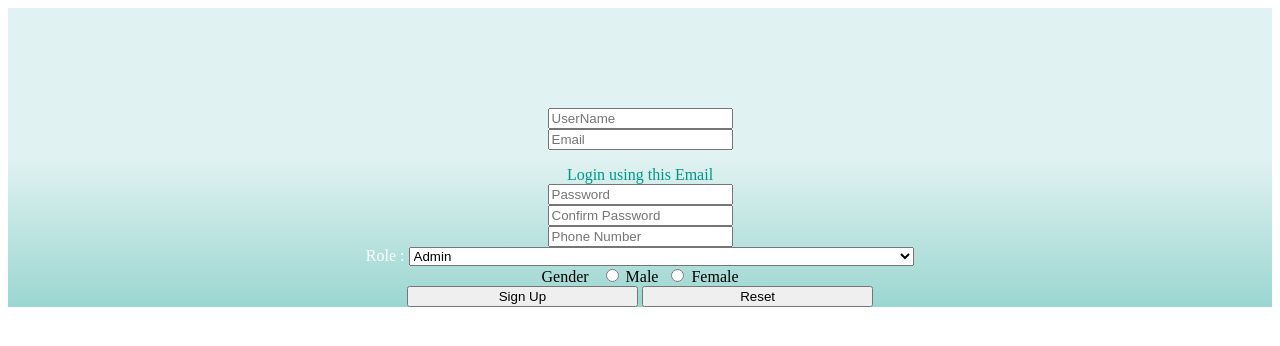
Repository: Indurupi/FriendZone
Page: FriendZoneFrontEnd/WebContent/signup.html
An editor plug-in stored every save of this project. The page is shown before and after the next save, followed by the edit.
The browser window is 1280 px wide. The pictures show the whole page.

Above is the page before, as saved 2017-03-21 17:31:06.

After the next save:
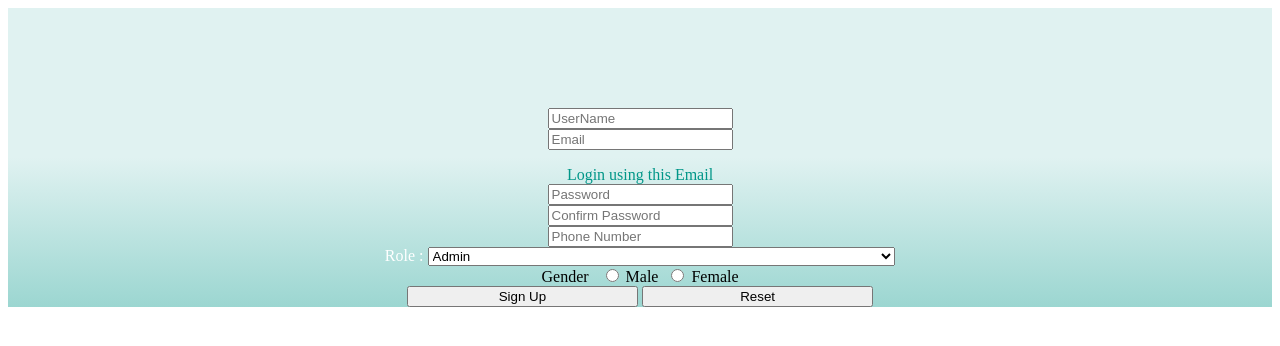
Saved 6 s later.
--- a/FriendZoneFrontEnd/WebContent/signup.html
+++ b/FriendZoneFrontEnd/WebContent/signup.html
@@ -67,7 +67,7 @@
 			</div>
 
 			<div class="form-group">Role :
-				<select class="form-control" style="width:40%">
+				<select class="form-control" style="width:37%">
 					<option ng-model="home.user1.role" value="admin">Admin</option>
 					<option ng-model="home.user1.role" value="admin">User</option>
 				</select>
